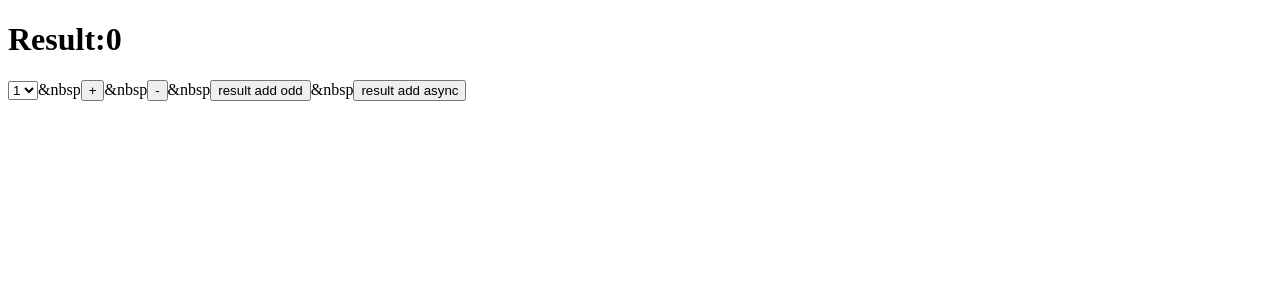
Repository: wenxi0504/React_redux220121
Page: / (app in redux_test/)
These files come from the project's save history. The page is drawn as it stood at one moment and after the next save; the edit follows.
The browser window is 1280 px wide. The pictures show the whole page.
The project was rebuilt for these pictures with package versions that can differ from the ones it lists, and the page was loaded fresh each time.

Above is the page before, as saved 2022-01-21 23:36:18.

### redux_test/public/index.html
<!DOCTYPE html>
<html lang="en">
<head>
    <meta charset="UTF-8">
    <meta http-equiv="X-UA-Compatible" content="IE=edge">
    <meta name="viewport" content="width=device-width, initial-scale=1.0">
    <title>redux</title>
</head>
<body>
    <div id="root"></div>
</body>
</html>

### redux_test/src/index.js
import React from 'react'
import ReactDOM from 'react-dom'
import App from './App'

ReactDOM.render(<App/>,document.getElementById('root'))

### redux_test/src/App.jsx
import React, { Component } from 'react';
import Count from './component/Count'
export default class App extends Component {
  render() {
    return (<div>
        <Count/>
    </div>)
  }
}

### redux_test/src/component/Count/index.jsx
import React, { Component } from 'react';

export default class Count extends Component {
  render() {
    return <div>
        <h1>Result:0 </h1>
        <select ref={c=>this.selectNumber=c}>
        <option value="1">1</option>
        <option value="2">2</option>
        <option value="3">3</option>
        </select>&nbsp
        <button>+</button>&nbsp
        <button>-</button>&nbsp
        <button>result add odd</button>&nbsp
        <button>result add async</button>
    </div>;
  }
}

After the next save:
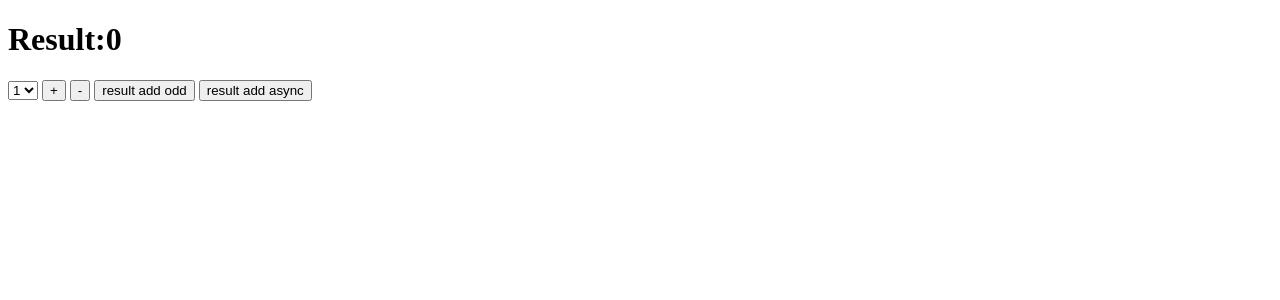
Saved 22 s later.
--- a/redux_test/src/component/Count/index.jsx
+++ b/redux_test/src/component/Count/index.jsx
@@ -8,10 +8,10 @@ export default class Count extends Component {
         <option value="1">1</option>
         <option value="2">2</option>
         <option value="3">3</option>
-        </select>&nbsp
-        <button>+</button>&nbsp
-        <button>-</button>&nbsp
-        <button>result add odd</button>&nbsp
+        </select>&nbsp;
+        <button>+</button>&nbsp;
+        <button>-</button>&nbsp;
+        <button>result add odd</button>&nbsp;
         <button>result add async</button>
     </div>;
   }
